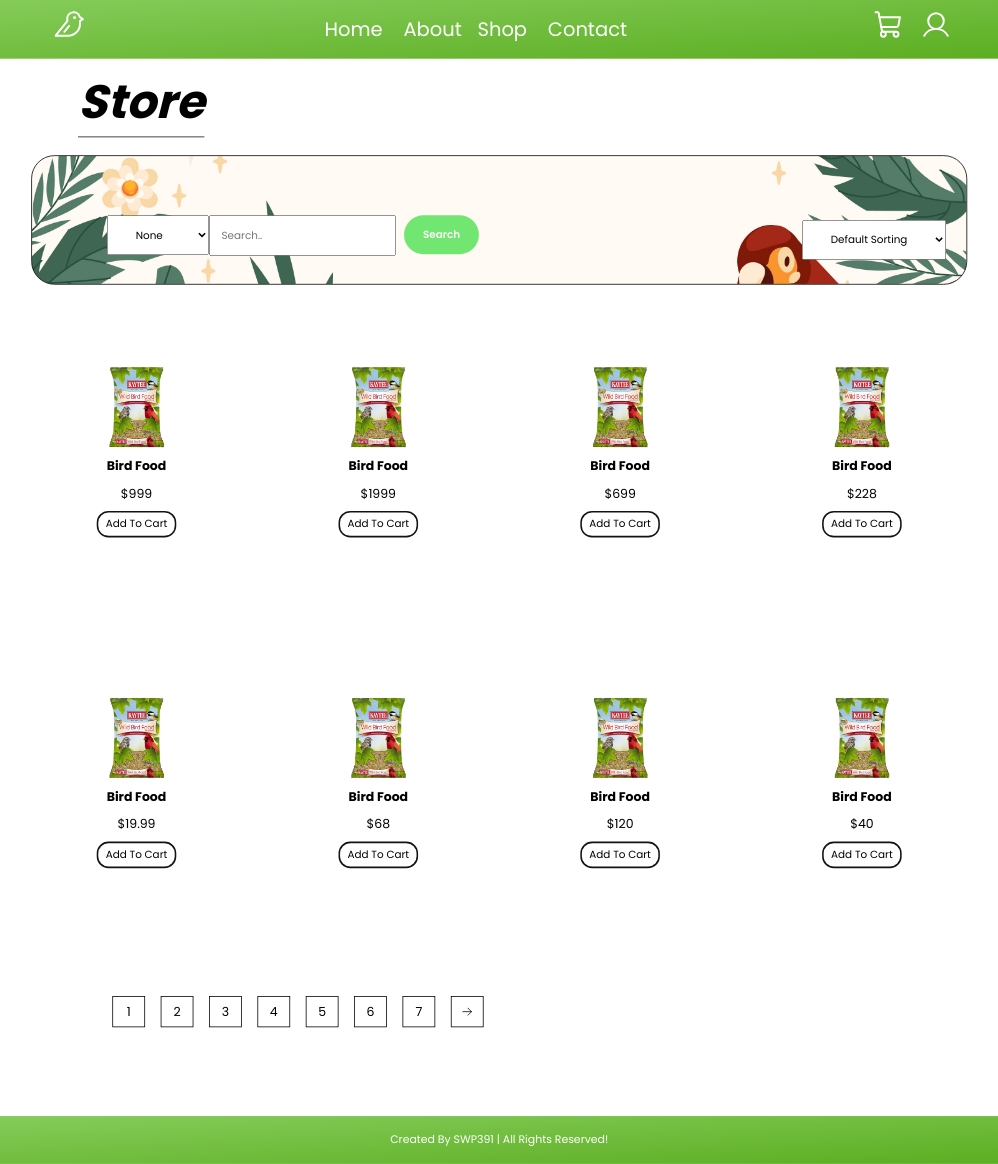
Repository: Vuhainam64/SWP391
Page: / (app in React/swp391-app/)
An editor plug-in stored every save of this project. The page is shown before and after the next save, followed by the edit.
The browser window is 1280 px wide. The pictures show the whole page, at 78% of full size.
The project was rebuilt for these pictures with package versions that can differ from the ones it lists, and the page was loaded fresh each time. Also part of the build but not shown: React/swp391-app/src/pages/register/register.jsx, React/swp391-app/src/pages/home/home.css, React/swp391-app/src/pages/home/home-product.jsx, React/swp391-app/src/pages/home/home.jsx, React/swp391-app/src/pages/about/about.jsx, React/swp391-app/src/pages/contact/contact.jsx, React/swp391-app/src/pages/cart/cart-item.jsx, React/swp391-app/src/pages/cart/cart.css and 2 more.

Above is the page before, as saved 2023-06-05 10:39:53.

After the next save:
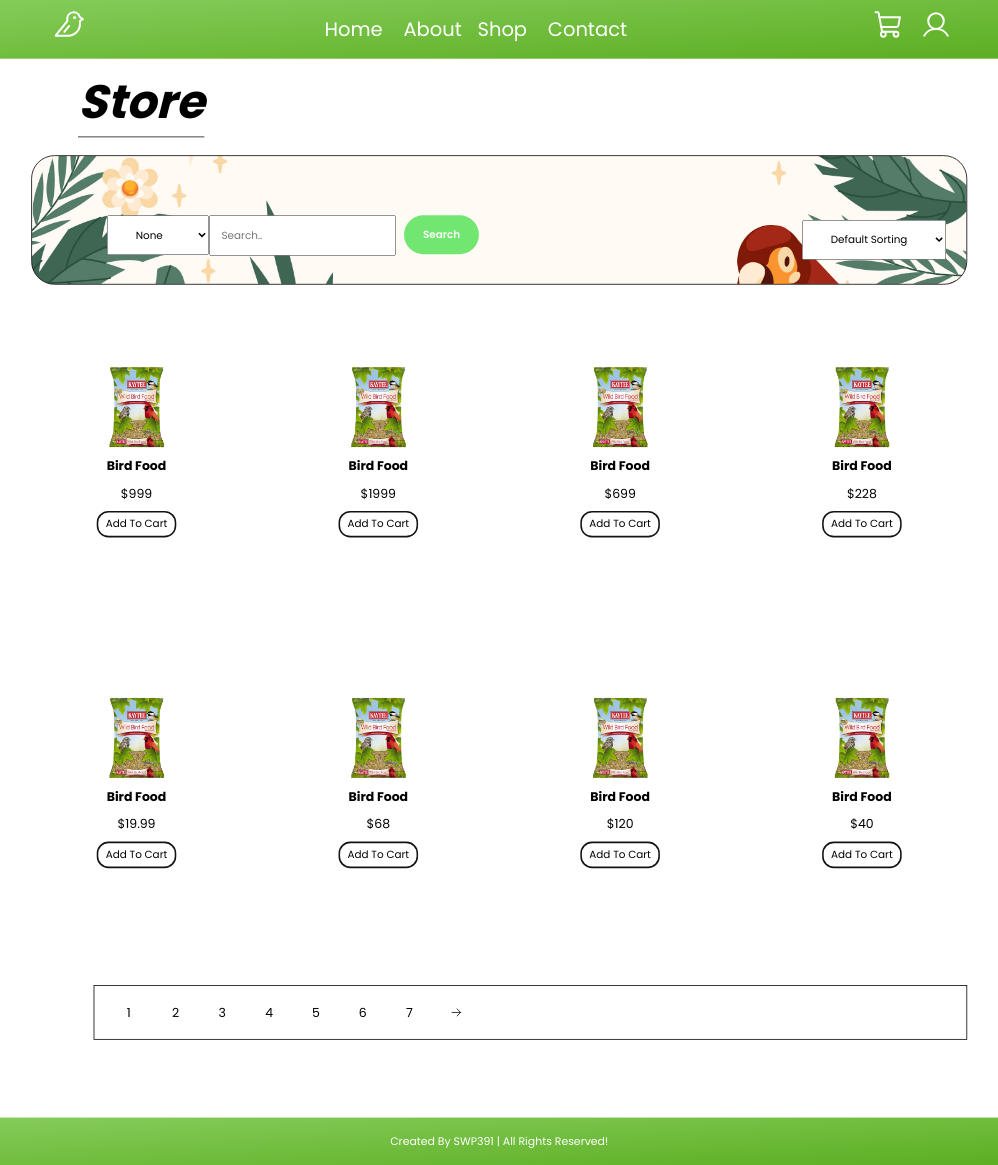
Saved 6 s later.
--- a/React/swp391-app/src/pages/shop/shop.css
+++ b/React/swp391-app/src/pages/shop/shop.css
@@ -135,6 +135,8 @@
   display: flex;
   list-style: none;
   padding: 14px;
+  border: 1px solid;
+
 }
 
 .page-number-count li {
@@ -147,7 +149,6 @@
   justify-content:center;
   flex-direction:column;
   cursor: pointer;
-  border: 1px solid;
 }
 
 .page-number-count li:hover {

After the save that followed:
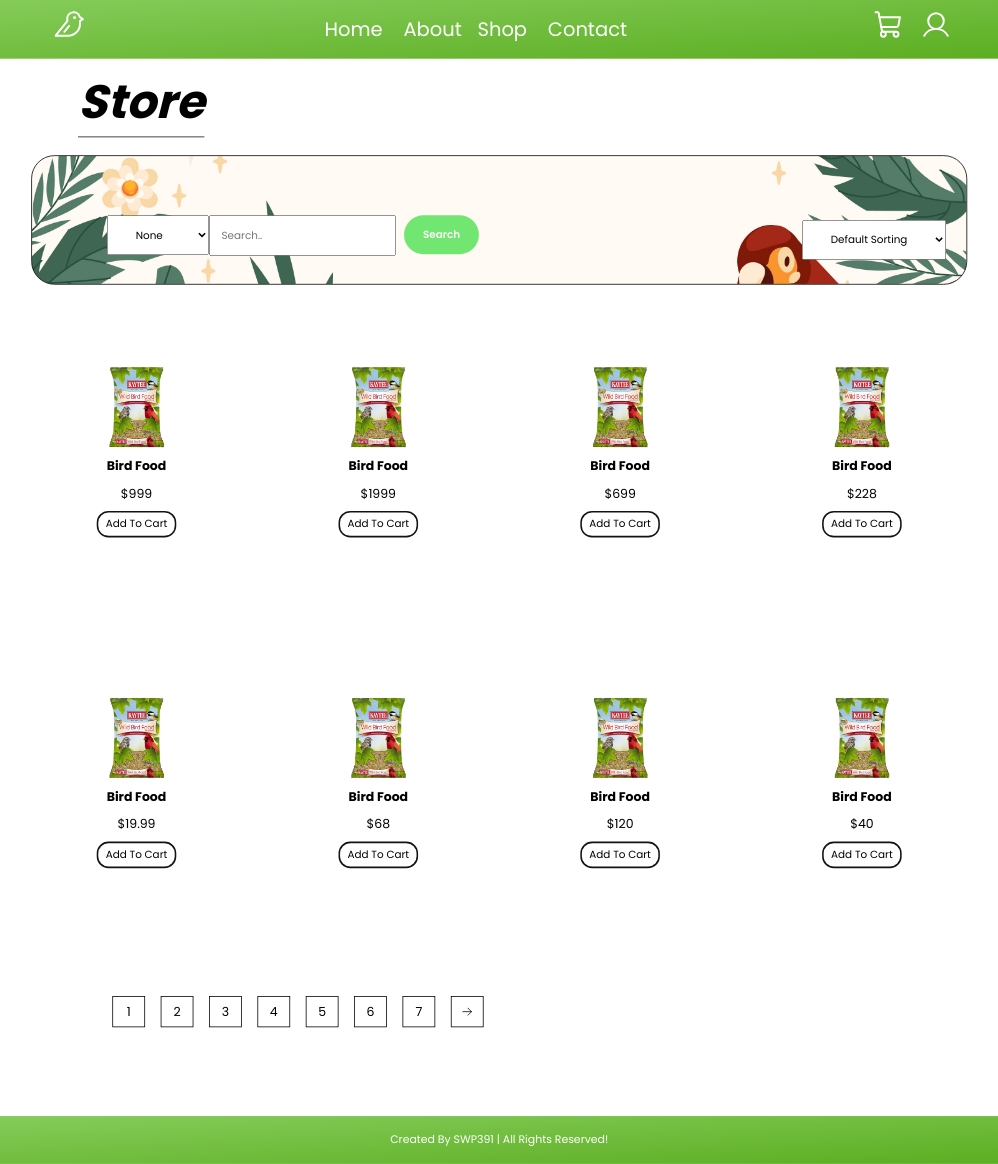
Saved 5 s later.
--- a/React/swp391-app/src/pages/shop/shop.css
+++ b/React/swp391-app/src/pages/shop/shop.css
@@ -135,8 +135,6 @@
   display: flex;
   list-style: none;
   padding: 14px;
-  border: 1px solid;
-
 }
 
 .page-number-count li {
@@ -148,6 +146,7 @@
   align-items:center;
   justify-content:center;
   flex-direction:column;
+  border: 1px solid;
   cursor: pointer;
 }
 
